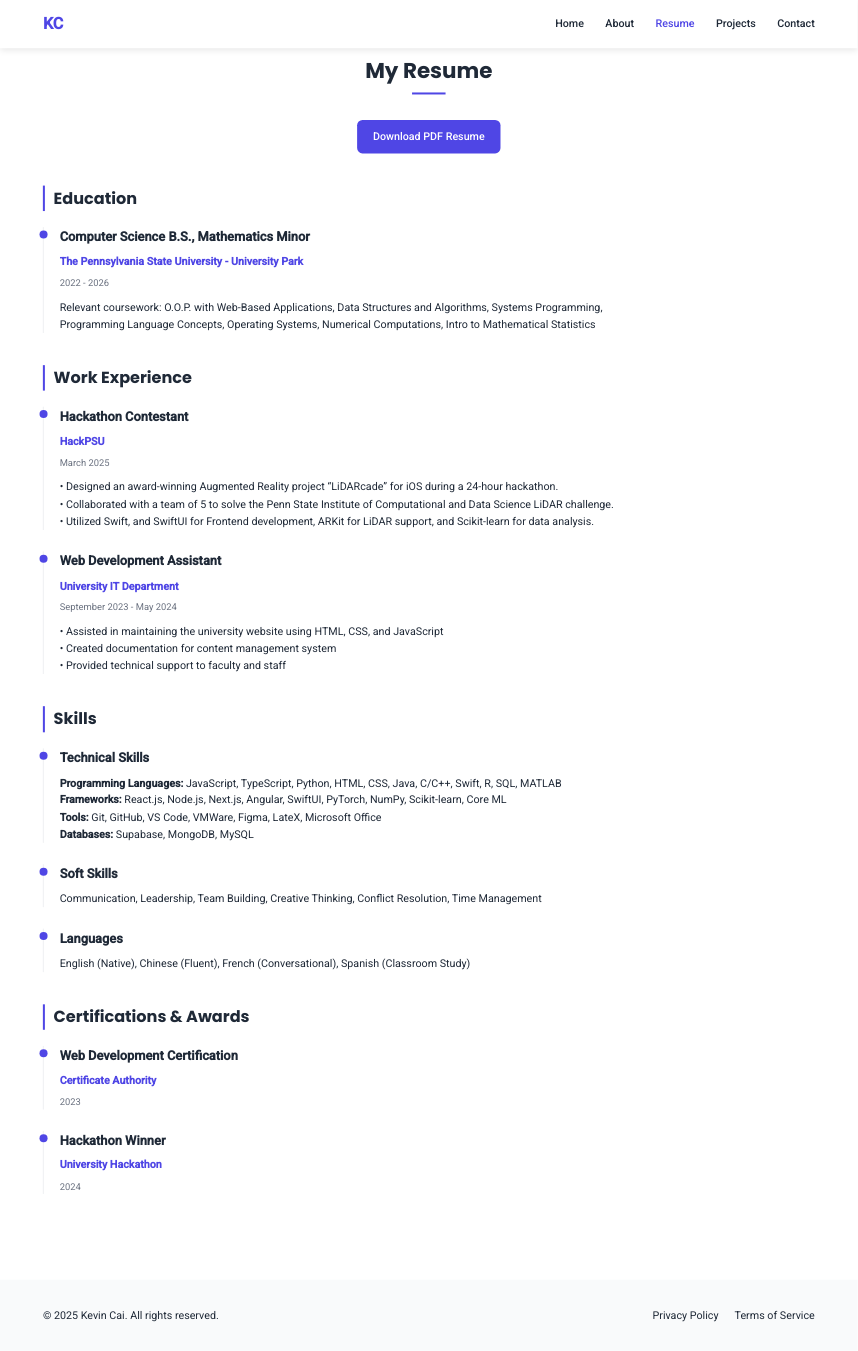
Repository: itskevbo/E-Portfolio
Page: pages/resume.html
These files come from the project's save history. The page is drawn as it stood at one moment and after a run of saves; the edit follows.
The browser window is 1280 px wide. The pictures show the whole page, at 67% of full size.

Above is the page before, as saved 2025-04-15 00:16:31.

After the next 3 saves:
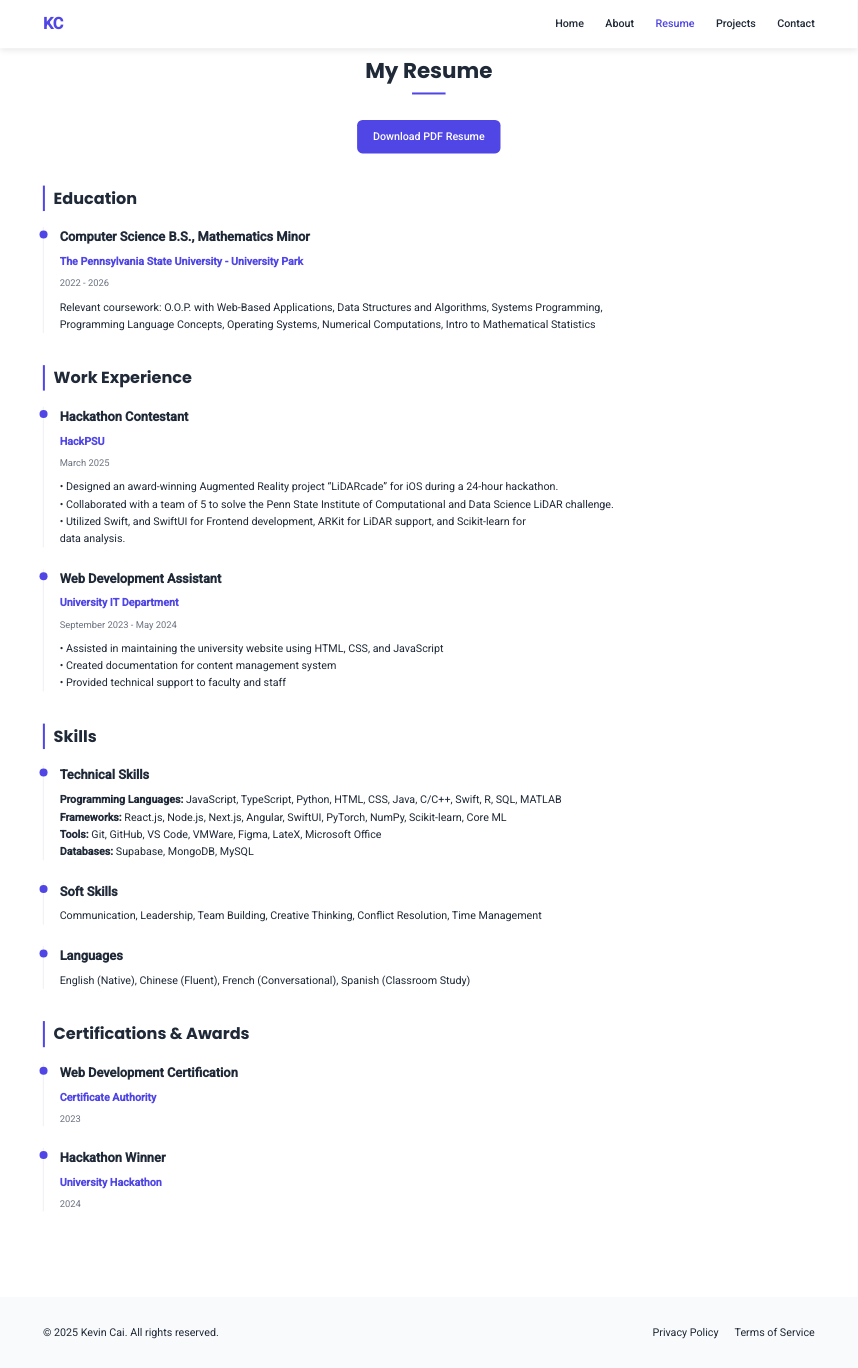
The 3 saves are shown as one change because they came seconds apart.
The last was saved 10 s later.
--- a/pages/resume.html
+++ b/pages/resume.html
@@ -147,7 +147,8 @@
                             • Designed an award-winning Augmented Reality project “LiDARcade” for iOS during a 24-hour hackathon.<br>
                             • Collaborated with a team of 5 to solve the Penn State Institute of Computational and Data Science LiDAR
                             challenge.<br>
-                            • Utilized Swift, and SwiftUI for Frontend development, ARKit for LiDAR support, and Scikit-learn for data analysis.<br>
+                            • Utilized Swift, and SwiftUI for Frontend development, ARKit for LiDAR support, and Scikit-learn for <br>
+                            data analysis.
                         </p>
                     </div>
 
